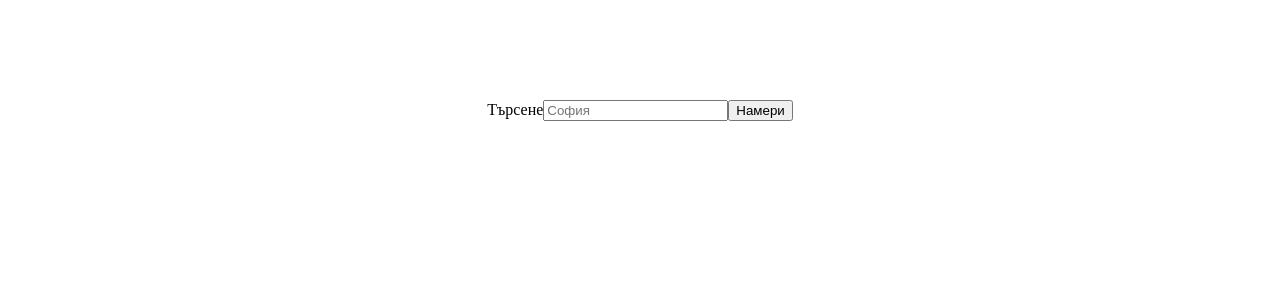
Repository: GeryZlatev/address-search
Page: /
An editor plug-in stored every save of this project. The page is shown before and after the next save, followed by the edit.
The browser window is 1280 px wide. The pictures show the whole page.
The project was rebuilt for these pictures with package versions that can differ from the ones it lists, and the page was loaded fresh each time.

Above is the page before, as saved 2021-04-09 19:54:55.

After the next save:
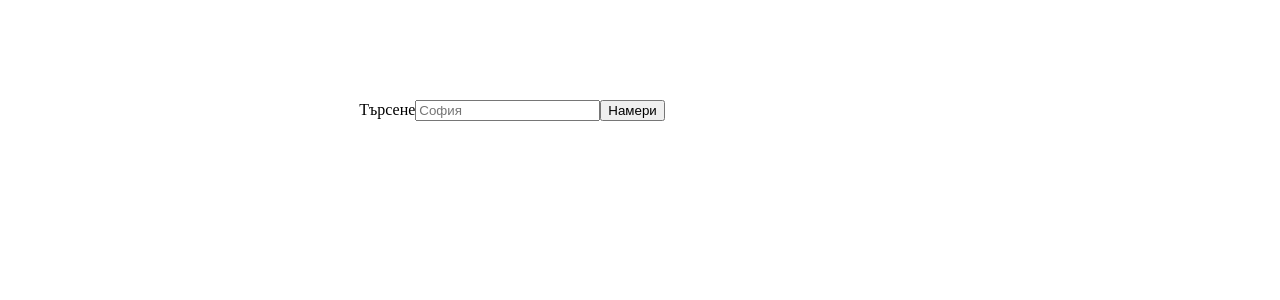
Saved 2 s later.
--- a/src/components/SearchBar/SearchBar.js
+++ b/src/components/SearchBar/SearchBar.js
@@ -3,7 +3,7 @@
 const SearchBar = () => {
 
     return (
-        <>
+        <div className={style["searchbar-wrapper"]}>
             <form className={style["search-form"]}>
                 <label>
                     Търсене
@@ -19,7 +19,7 @@
                     value="Намери"
                 />
             </form>
-        </>
+        </div>
     )
 
 }

After the save that followed:
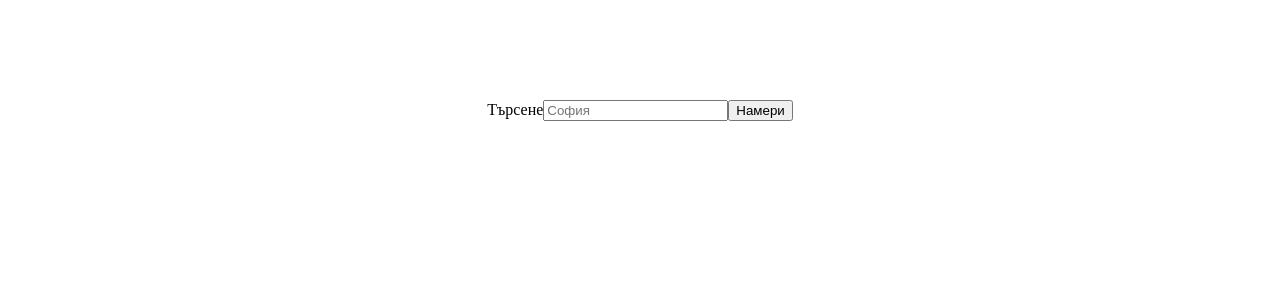
Saved 38 s later.
--- a/src/components/SearchBar/SearchBar.module.css
+++ b/src/components/SearchBar/SearchBar.module.css
@@ -1,5 +1,6 @@
 .searchbar-wrapper {
     max-width: 80%;
+    margin: 10px auto;
 }
 
 .search-form {
